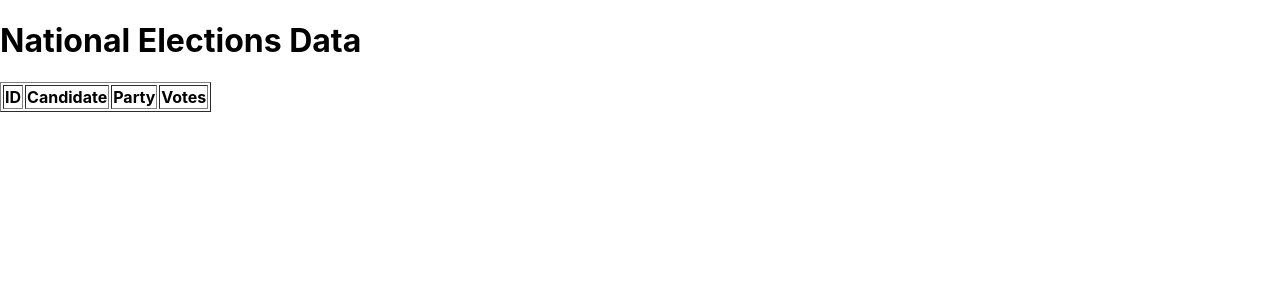
Repository: purushotham012355/votingfrontend
Page: /
These files come from the project's save history. The page is drawn as it stood at one moment and after the next save; the edit follows.
The browser window is 1280 px wide. The pictures show the whole page.
The page's requests for data from a server got no answer. The project was rebuilt for these pictures with package versions that can differ from the ones it lists, and the page was loaded fresh each time. No one was signed in, and anything a server would have sent is missing.

Above is the page before, as saved 2025-03-15 14:51:55.

### src/App.js
import React, { useEffect, useState } from "react";

function App() {
  const [data, setData] = useState([]);

  useEffect(() => {
    fetch("http://localhost:5000/api/national-elections")
      .then((response) => response.json())
      .then((data) => setData(data))
      .catch((error) => console.error("Error fetching data:", error));
  }, []);

  return (
    <div>
      <h1>National Elections Data</h1>
      <table border="1">
        <thead>
          <tr>
            <th>ID</th>
            <th>Candidate</th>
            <th>Party</th>
            <th>Votes</th>
          </tr>
        </thead>
        <tbody>
          {data.map((item) => (
            <tr key={item.id}>
              <td>{item.id}</td>
              <td>{item.candidate}</td>
              <td>{item.party}</td>
              <td>{item.votes}</td>
            </tr>
          ))}
        </tbody>
      </table>
    </div>
  );
}

export default App;

Loaded but not shown: public/index.html (common file); src/index.js (common file); src/index.css (common file); src/reportWebVitals.js (common file)

After the next save:
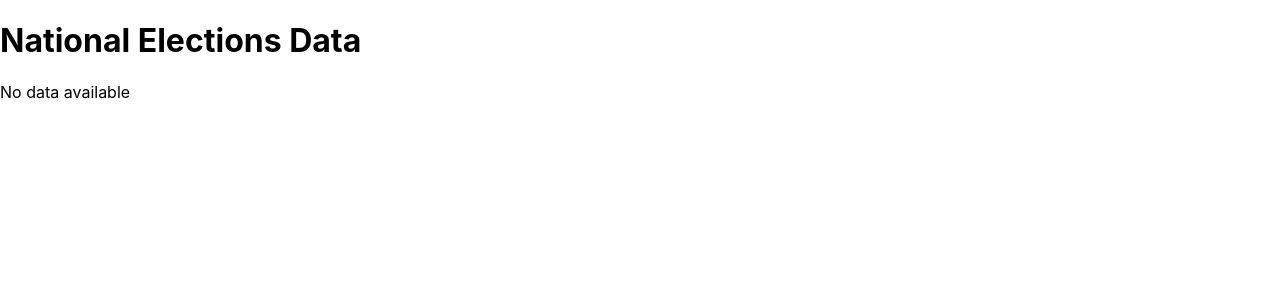
Saved 109 s later.
--- a/src/App.js
+++ b/src/App.js
@@ -6,33 +6,40 @@ function App() {
   useEffect(() => {
     fetch("http://localhost:5000/api/national-elections")
       .then((response) => response.json())
-      .then((data) => setData(data))
+      .then((data) => {
+        console.log("Fetched Data:", data); // Debug log
+        setData(data);
+      })
       .catch((error) => console.error("Error fetching data:", error));
   }, []);
 
   return (
     <div>
       <h1>National Elections Data</h1>
-      <table border="1">
-        <thead>
-          <tr>
-            <th>ID</th>
-            <th>Candidate</th>
-            <th>Party</th>
-            <th>Votes</th>
-          </tr>
-        </thead>
-        <tbody>
-          {data.map((item) => (
-            <tr key={item.id}>
-              <td>{item.id}</td>
-              <td>{item.candidate}</td>
-              <td>{item.party}</td>
-              <td>{item.votes}</td>
+      {data.length === 0 ? (
+        <p>No data available</p>
+      ) : (
+        <table border="1">
+          <thead>
+            <tr>
+              <th>ID</th>
+              <th>Candidate</th>
+              <th>Party</th>
+              <th>Votes</th>
             </tr>
-          ))}
-        </tbody>
-      </table>
+          </thead>
+          <tbody>
+            {data.map((item) => (
+              <tr key={item.id}>
+                <td>{item.id}</td>
+                <td>{item.candidate}</td>
+                <td>{item.party}</td>
+                <td>{item.votes}</td>
+              </tr>
+            ))}
+          </tbody>
+        </table>
+      )}
     </div>
   );
 }
